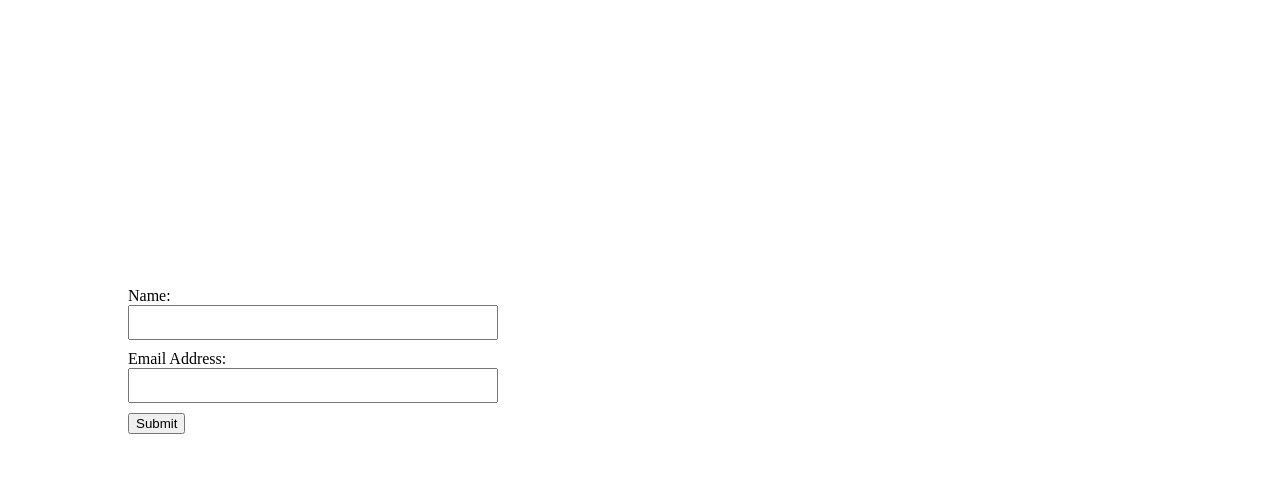
Repository: lamilekan263/contactKeep
Page: index.html
An editor plug-in stored every save of this project. The page is shown before and after a run of saves, followed by the edit.
The browser window is 1280 px wide. The pictures show the whole page.

Above is the page before, as saved 2020-09-11 18:32:01.

### index.html
<!DOCTYPE html>
<html lang="en">
<head>
    <meta charset="UTF-8">
    <meta name="viewport" content="width=device-width, initial-scale=1.0">
    <link rel="stylesheet" href="main.css">
    <title>Pure Javascript Form</title>
</head>
<body>
    <div class="container">
        <form id="form-given">
            <div>
                <label for="name">Name:</label>
                <input type="text" name="name">
            </div>
            <div>
                <label for="email">Email Address:</label>
                <input type="text" name="email">
            </div>
            <button>Submit</button>
        </form>
    </div>
    <script src="main.js"></script>
</body>
</html>

### main.css
body{
    margin:0;
    padding:0;
    display:flex;
    align-items: center;
    justify-content: center;
    height:100vh;
}

.container{
    width:80%;
    margin:0 auto;


}

form{
    width:350px;

}

form input{
    display:block;
    margin-bottom:10px;
    width:100%;
    padding:8px;
}

### main.js
const form = document.querySelector('#form-given');


form.addEventListener('submit', (e) =>{
    e.preventDefault();
    const name = form['name'].value
    const email = form['email'].value
    console.log(name, email)
})

After the next 2 saves:
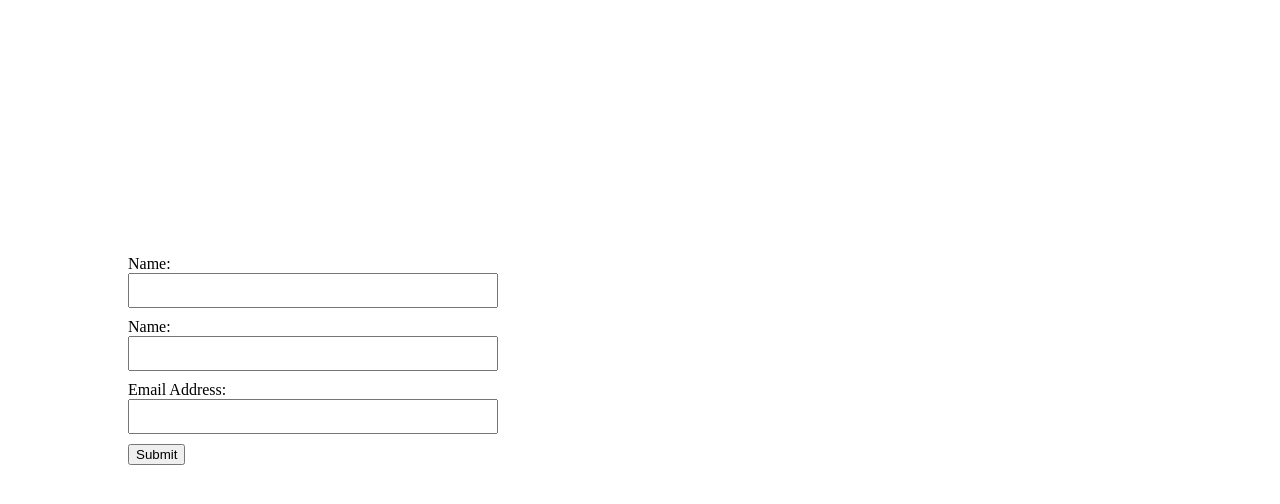
The 2 saves are shown as one change because they came seconds apart.
The last was saved 27 s later.
--- a/index.html
+++ b/index.html
@@ -14,6 +14,10 @@
                 <input type="text" name="name">
             </div>
             <div>
+                <label for="name">Name:</label>
+                <input type="text" name="name">
+            </div>
+            <div>
                 <label for="email">Email Address:</label>
                 <input type="text" name="email">
             </div>
